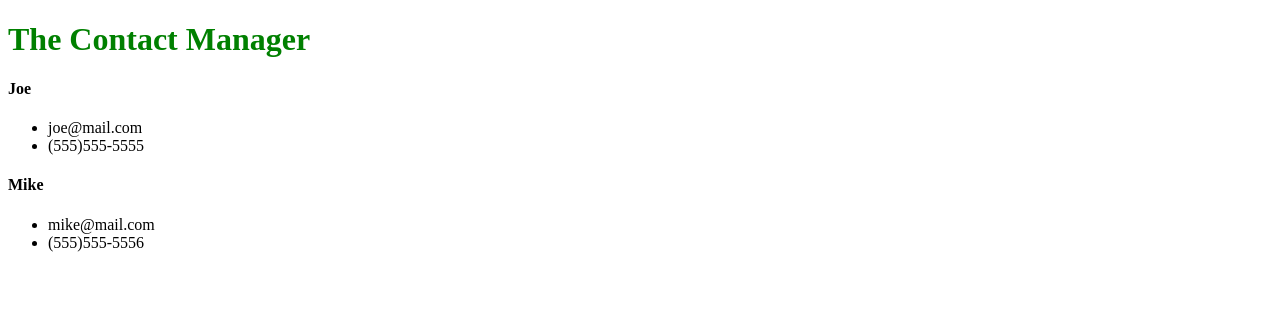
Repository: MikeTroianello/Contact-Manager
Page: /about
These files come from the project's save history. The page is drawn as it stood at one moment and after the next save; the edit follows.
The browser window is 1280 px wide. The pictures show the whole page.
The project was rebuilt for these pictures with package versions that can differ from the ones it lists, and the page was loaded fresh each time. Also part of the build but not shown: src/App.css.

Above is the page before, as saved 2019-05-19 00:06:58.

### src/App.js
import React from "react";
import Contact from "./components/Contact";
import "./App.css";
import Header from "./components/Header";

function App() {
  return (
    <div className="App">
      <Header branding="The Contact Manager" />
      <Contact name="Joe" email="joe@mail.com" phone="(555)555-5555" />
      <Contact name="Mike" email="mike@mail.com" phone="(555)555-5556" />
    </div>
  );
}

export default App;

### src/components/Contact.js
import React, { Component } from "react";
import PropTypes from "prop-types";

class Contact extends Component {
  render() {
    const { name, email, phone } = this.props;
    return (
      <div>
        <h4>{name}</h4>
        <ul>
          <li>{email}</li>
          <li>{phone}</li>
        </ul>
      </div>
    );
  }
}

Contact.propTypes = {
  name: PropTypes.string.isRequired,
  email: PropTypes.string.isRequired,
  phone: PropTypes.string.isRequired
};

export default Contact;

### src/components/Header.js
import React from "react";
import PropTypes from "prop-types";

const Header = props => {
  const { branding } = props;
  return (
    <div>
      <h1 style={{ color: "green" }}>{branding}</h1>
    </div>
  );
};

Header.defaultProps = {
  branding: "My App"
};

Header.propTypes = {
  branding: PropTypes.string.isRequired
};

export default Header;

Loaded but not shown: src/index.js (common file); src/serviceWorker.js (common file)

After the next save:
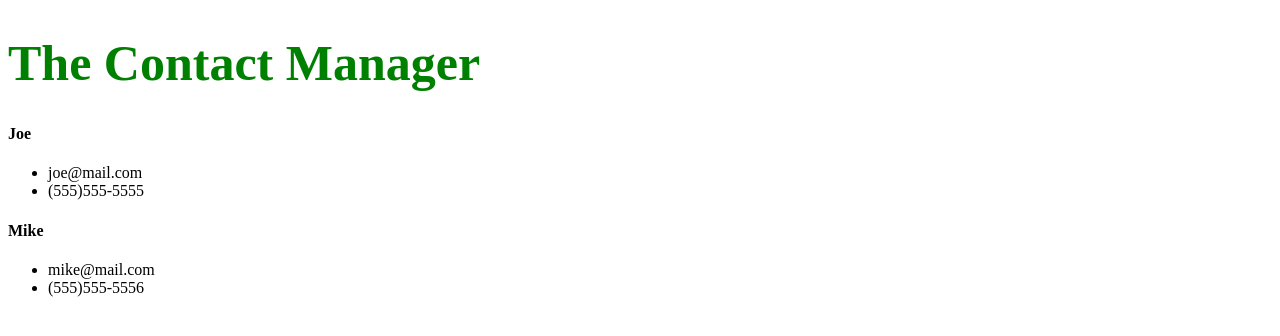
Saved 16 s later.
--- a/src/components/Header.js
+++ b/src/components/Header.js
@@ -5,7 +5,7 @@ const Header = props => {
   const { branding } = props;
   return (
     <div>
-      <h1 style={{ color: "green" }}>{branding}</h1>
+      <h1 style={{ color: "green", fontSize: "50px" }}>{branding}</h1>
     </div>
   );
 };
